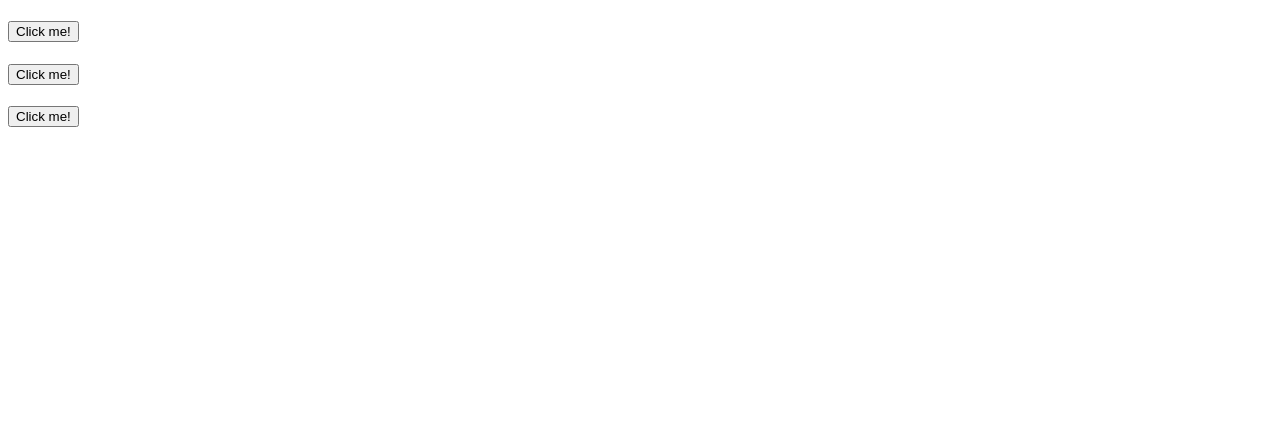
Repository: j1s00jang/frontend_bookstore
Page: /
These files come from the project's save history. The page is drawn as it stood at one moment and after the next save; the edit follows.
The browser window is 1280 px wide. The pictures show the whole page.
The project was rebuilt for these pictures with package versions that can differ from the ones it lists, and the page was loaded fresh each time. Also part of the build but not shown: vite.config.js, src/index.css.

Above is the page before, as saved 2025-09-08 15:57:39.

### index.html
<!DOCTYPE html>
<html lang="en">
    <head>
        <meta charset="UTF-8" />
        <link
            rel="icon"
            type="image/svg+xml"
            href="/favicon.ico"
        />
        <meta
            name="viewport"
            content="width=device-width, initial-scale=1.0"
        />
        <title>Let's grab a bagel with Shema!</title>
    </head>
    <body>
        <div id="root">
            <!-- YOUR APPLICATION LIVES HERE -->
        </div>
        <script
            type="module"
            src="/src/main.jsx"
        ></script>
    </body>
</html>

### src/App.jsx
function App() {
    return (
        <div>
            <Excerpt
                title="React is awesome!"
                body="I enjoy developing with React."
            />
            <Excerpt
                title="HTML rocks!"
                body="The real web is markup."
            />
            <Excerpt
                title="CSS rules them all."
                body="It's all about how it looks!"
            />
        </div>
    );
}

function Excerpt(props) {
    props = {};

    return (
        <div>
            <h1>{props.title}</h1>
            <p>{props.body}</p>
            <button>Click me!</button>
        </div>
    );
}
export default App;

Loaded but not shown: src/main.jsx (common file)

After the next save:
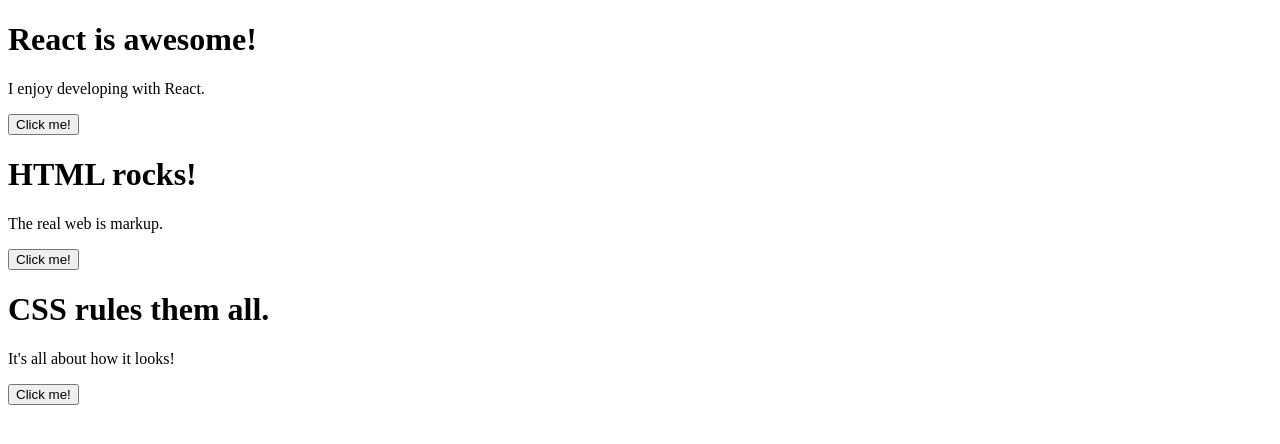
Saved 7 s later.
--- a/src/App.jsx
+++ b/src/App.jsx
@@ -18,8 +18,6 @@
 }
 
 function Excerpt(props) {
-    props = {};
-
     return (
         <div>
             <h1>{props.title}</h1>
